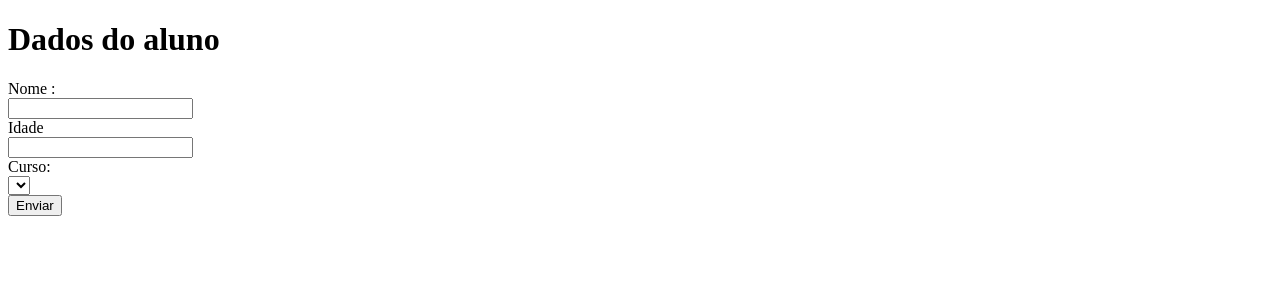
Repository: NicholasMaestrello/treinamento-impacta
Page: DesenvolvimentoJava/Modulo06/04_ConceitosJQuey/WebContent/exemplo_jquery02.html
An editor plug-in stored every save of this project. The page is shown before and after the next save, followed by the edit.
The browser window is 1280 px wide. The pictures show the whole page.
Some web libraries are served in a nearby version.

Above is the page before, as saved 2017-10-19 18:10:51.

After the next save:
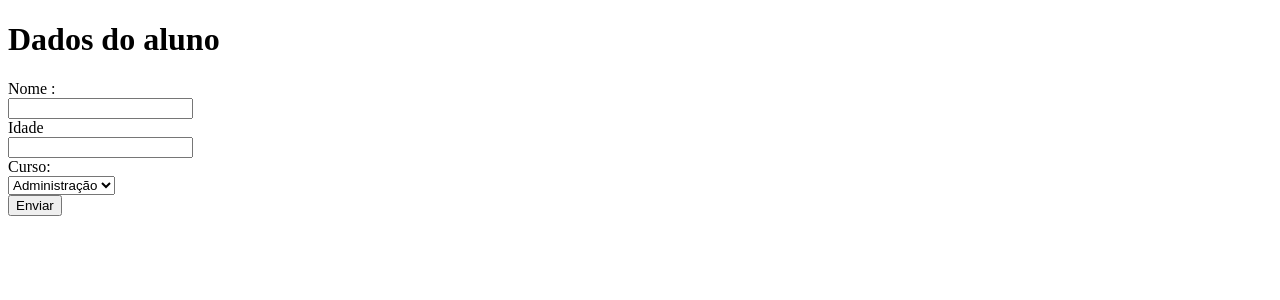
Saved 109 s later.
--- a/DesenvolvimentoJava/Modulo06/04_ConceitosJQuey/WebContent/exemplo_jquery02.js
+++ b/DesenvolvimentoJava/Modulo06/04_ConceitosJQuey/WebContent/exemplo_jquery02.js
@@ -9,10 +9,10 @@ $(document).ready(function(){
 		//$("#lista").append(`<option value=${i}>${lista[i]}</option>`)
 	//}
 	lista.forEach(function(element, index, array){
-		$("#lista").append($("<option>"), {
+		$("#lista").append($("<option>", {
 			value: index,
 			text: element
-		})
+		}))
 	})
 
 
